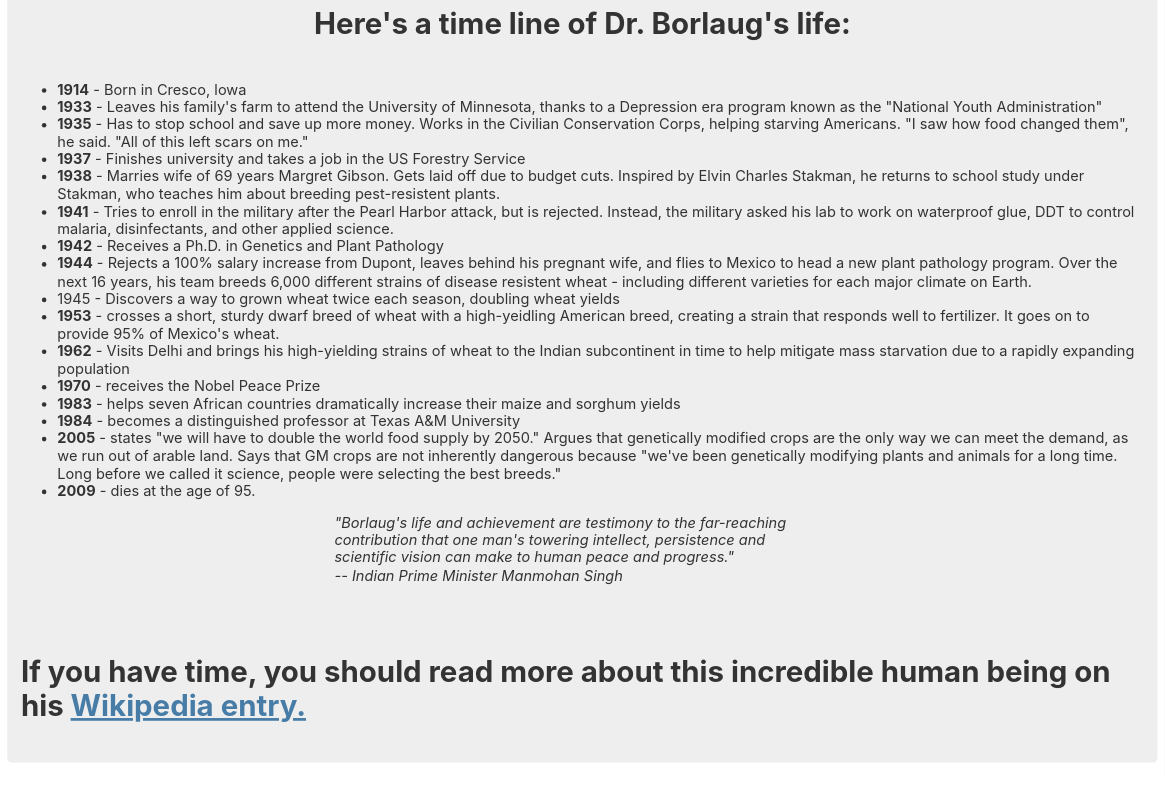
Repository: Lungdjos/tribute-page-certificate
Page: index.html
These files come from the project's save history. The page is drawn as it stood at one moment and after a run of saves; the edit follows.
The browser window is 1280 px wide. The pictures show the part of the page from y = 544 to 1667 px (the page is 1412 px tall before and 1667 px after), at 91% of full size.
A picture or video elsewhere on the page could not be fetched, so the positions and the page height are approximate.

Above is the page before, as saved 2023-10-30 12:48:50.

After the next 4 saves:
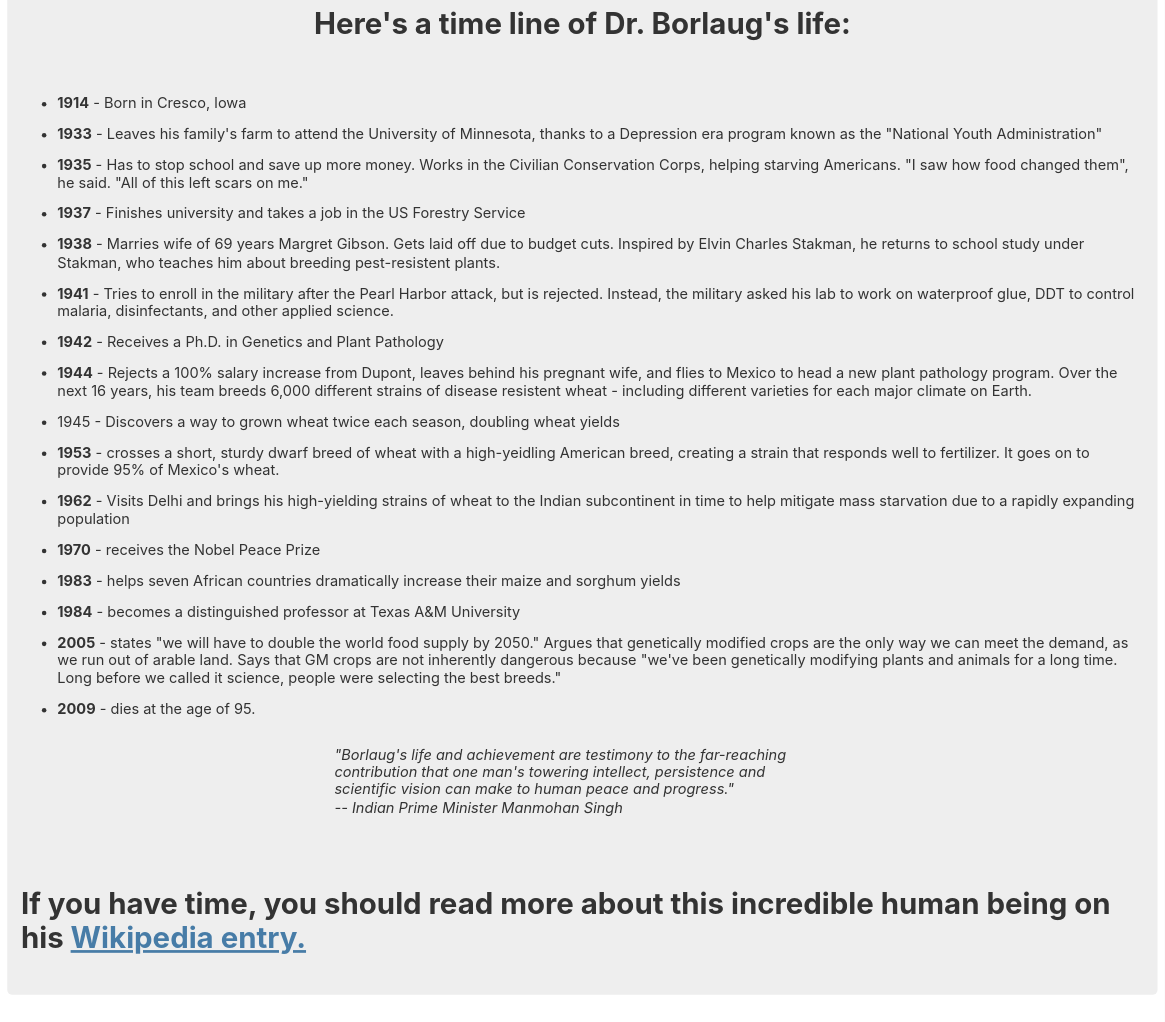
The 4 saves are shown as one change because they came seconds apart.
The last was saved 13 s later.
--- a/styles.css
+++ b/styles.css
@@ -68,7 +68,7 @@
     }
 
     li {
-        margin
+        margin: 15px 0;
     }
     /* styling at the bottom */
 
